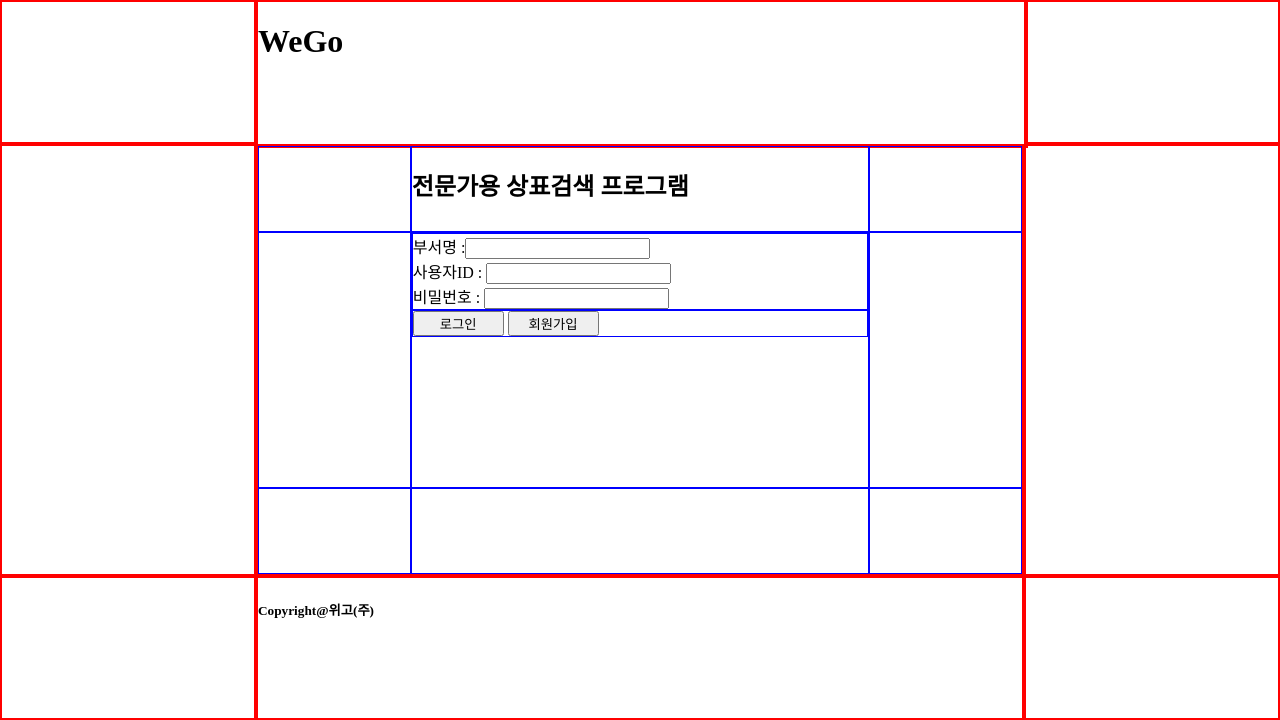
Repository: hamuse/wego1
Page: http://localhost/teamW1/facade.do
The author's editor kept a copy of each file at every save. The page is drawn from the files as they stood at one save, then again after the next save.
The browser window is 1280 px wide. The pictures show the whole page.
Some web libraries are served in a nearby version. The page is served by Tomcat 9.

Above is the page before, as saved 2019-10-07 11:22:45.

After the next save:
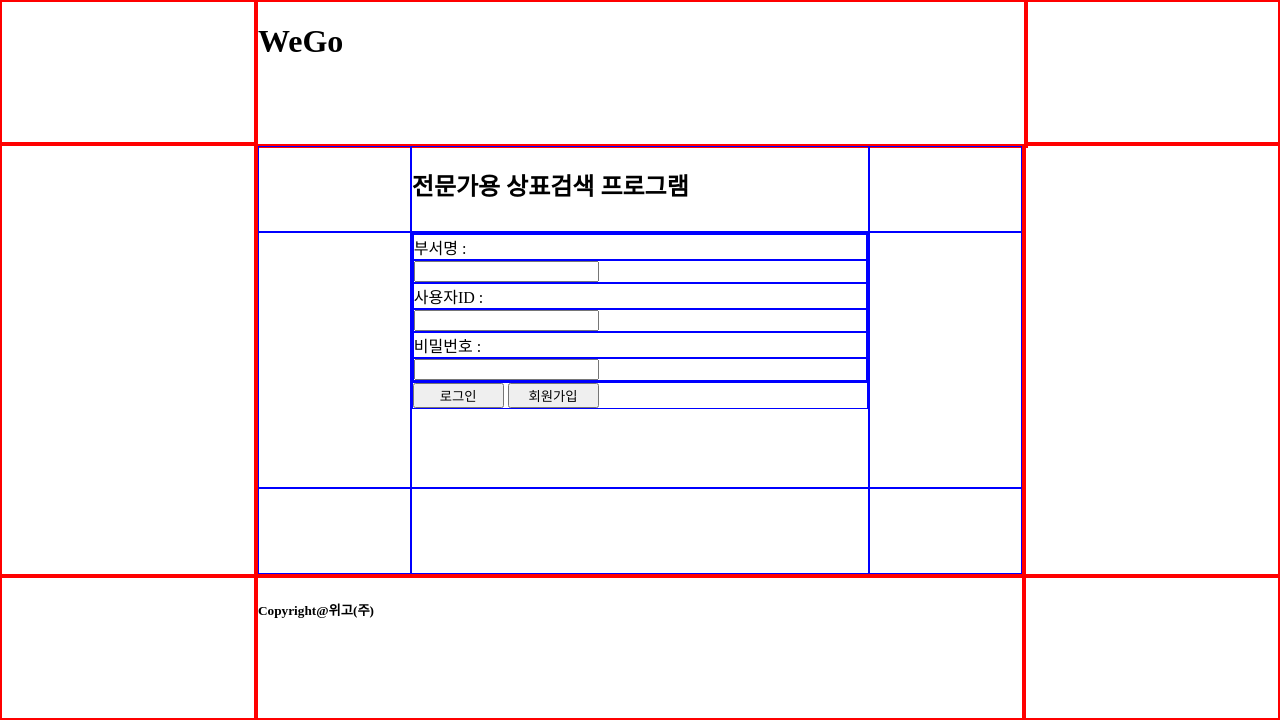
Saved 93 s later.
--- a/teamW1/WebContent/WEB-INF/views/facade/login.jsp
+++ b/teamW1/WebContent/WEB-INF/views/facade/login.jsp
@@ -3,9 +3,10 @@
 <form >
 
 <div >
-  부서명 :<input id="d_Name"  type="text" name="dName"/><br/>
-  사용자ID : <input id="userName" type="text" name="empNo"/><br/>
-  비밀번호 : <input id="userPw" type="text" name="eName"/><br/>
+<div>  부서명 :</div><div><input id="d_Name"  type="text" name="dName"/></div>
+<div>  사용자ID :</div><div><input id="userName" type="text" name="empNo"/></div>
+<div>  비밀번호 :</div><div><input id="userPw" type="text" name="eName"/></div>
+
 </div>
 <div >
     <input type="hidden" name="action" value="login" />
